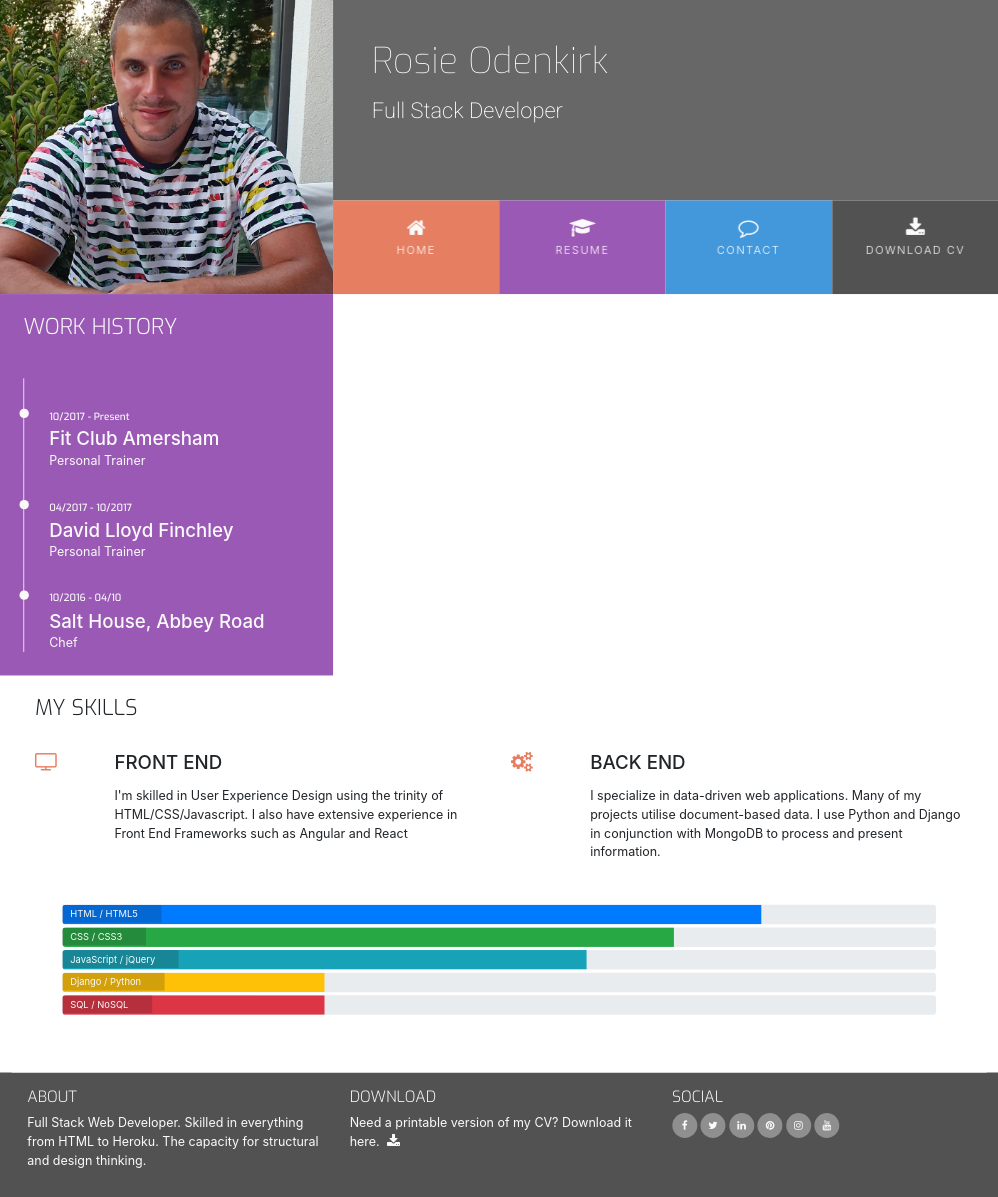
Repository: marcomoreschi/Mini-Project
Page: resume.html
The author's editor kept a record of every edit. The page is drawn from the files as they stood at one moment, then again after the next edit.
The browser window is 1280 px wide. The pictures show the whole page, at 78% of full size.
Some web libraries are served in a nearby version.

Above is the page before.

### resume.html
<!DOCTYPE html>
<html lang="en">

<head>
    <meta charset="UTF-8">
    <meta name="viewport" content="width=device-width, initial-scale=1.0">
    <meta http-equiv="X-UA-Compatible" content="ie=edge">
    <link rel="stylesheet" href="https://maxcdn.bootstrapcdn.com/bootstrap/4.2.1/css/bootstrap.min.css" type="text/css" />
    <link rel="stylesheet" href="https://maxcdn.bootstrapcdn.com/font-awesome/4.7.0/css/font-awesome.min.css" type="text/css" />
    <link rel="stylesheet" href="https://cdnjs.cloudflare.com/ajax/libs/hover.css/2.1.1/css/hover-min.css" type="text/css" />
    <link rel="stylesheet" href="assets/css/style.css">
    <title>Marco</title>
</head>

<body>
    <header>
        <div class="row no-gutters">
            <a class="col-md-4 logo" href="02-index.html"></a>
            <div class="col-md-8">
                <div class="row no-gutters bg-color-name-title">
                    <div class="col heading">
                        <h1 class="name">Rosie Odenkirk</h1>
                        <h2 class="title"> Full Stack Developer</h2>
                    </div>
                </div>
                <div class="row no-gutters">
                    <div class="col">
                        <ul id="nav" class="list-inline menucontainer">
                            <li class="col-6 col-sm-3 list-inline-item ui-menu-color-home menuitem">
                                <a href="#" class="hvr-sweep-to-bottom"><i class="fa fa-home" aria-hidden="true"></i><span>Home</span></a>
                            </li>
                            <li class="col-6 col-sm-3 list-inline-item ui-menu-color-resume menuitem">
                                <a href="#" class="hvr-sweep-to-bottom"><i class="fa fa-graduation-cap" aria-hidden="true"></i><span>Resume</span></a>
                            </li>
                            <li class="col-6 col-sm-3 list-inline-item ui-menu-color-contact menuitem">
                                <a href="#" class="hvr-sweep-to-bottom"><i class="fa fa-comment-o" aria-hidden="true"></i><span>Contact</span></a>
                            </li>
                            <li class="col-6 col-sm-3 list-inline-item ui-menu-color-download menuitem">
                                <a href="#" class="hvr-sweep-to-bottom"><i class="fa fa-download" aria-hidden="true"></i><span>Download CV</span></a>
                            </li>
                        </ul>
                    </div>
                </div>
            </div>
        </div>
    </header>
    <section class="container-fluid">
        <div class="row">
                <div class="col-md-4 bg-color-work-history section-column">
                    <div class="row">
                        <div class="col-12">
                            <h3 class="history-heading uppercase">
                                Work History
                            </h3>
                        </div>
                    </div>
                    <div class="timeline-item" data-dates="10/2017 - Present">
                        <h4>Fit Club Amersham</h4>
                        <p>Personal Trainer</p>
                    </div>
                    <div class="timeline-item" data-dates="04/2017 - 10/2017">
                        <h4>David Lloyd Finchley</h4>
                        <p>Personal Trainer</p>
                    </div>
                    <div class="timeline-item" data-dates="10/2016 - 04/10">
                        <h4>Salt House, Abbey Road</h4>
                        <p>Chef</p>
                    </div>
                </div>
            </div>
            <div class="col-md-8 bg-color-three-reasons section-column">
                <div class="row">
                    <div class="col">
                        <h3 class="section-heading uppercase">My Skills</h3>
                    </div>
                </div>
                <div class="row">
                    <div class="col-10 offset-1 offset-sm-0 col-sm-4 col-md-6">
                        <div class="row">
                            <div class="col-2">
                                <i class="three-reasons-icon fa fa-tv" aria-hidden="true"></i>
                            </div>
                            <div class="col-10">
                                <h4 class="three-reasons-heading uppercase">Front End</h4>
                                <p>
                                    I'm skilled in User Experience Design using the trinity of HTML/CSS/Javascript. I also have extensive experience in Front End Frameworks such as Angular and React
                                </p>
                            </div>
                        </div>
                    </div>
                    <div class="col-10 offset-1 offset-sm-0 col-sm-4 col-md-6">
                        <div class="row">
                            <div class="col-2">
                                <i class="three-reasons-icon fa fa-gears" aria-hidden="true"></i>
                            </div>
                            <div class="col-10">
                                <h4 class="three-reasons-heading uppercase">Back End</h4>
                                <p>
                                    I specialize in data-driven web applications. Many of my projects utilise document-based data. I use Python and Django in conjunction with MongoDB to process and present information.
                                </p>
                            </div>
                        </div>
                    </div>
                </div>
                <div class="row progress-section">
                    <div class="col">
                        <div class="progress">
                            <div class="progress-bar" role="progressbar" aria-valuenow="80" aria-valuemin="0" aria-valuemax="100" style="width:80%;">
                                <span class="sr-only">80% complete</span>
                            </div>
                            <span class="progress-type">HTML / HTML5</span>
                        </div>
                        <div class="progress">
                            <div class="progress-bar bg-success" role="progressbar" aria-valuenow="70" aria-valuemin="0" aria-valuemax="100" style="width:70%;">
                                <span class="sr-only">70% complete</span>
                            </div>
                            <span class="progress-type">CSS / CSS3</span>
                        </div>
                        <div class="progress">
                            <div class="progress-bar bg-info" role="progressbar" aria-valuenow="60" aria-valuemin="0" aria-valuemax="100" style="width:60%;">
                                <span class="sr-only">60% complete</span>
                            </div>
                            <span class="progress-type">JavaScript / jQuery</span>
                        </div>
                        <div class="progress">
                            <div class="progress-bar bg-warning" role="progressbar" aria-valuenow="30" aria-valuemin="0" aria-valuemax="100" style="width:30%;">
                                <span class="sr-only">30% complete</span>
                            </div>
                            <span class="progress-type">Django / Python</span>
                        </div>
                        <div class="progress">
                            <div class="progress-bar bg-danger" role="progressbar" aria-valuenow="30" aria-valuemin="0" aria-valuemax="100" style="width:30%;">
                                <span class="sr-only">30% complete</span>
                            </div>
                            <span class="progress-type">SQL / NoSQL</span>
                        </div>
                    </div>
                </div>
            </div>
        </div>

    </section>
    <footer class="container-fluid">
        <div id="footer-details" class="row">
            <div class="col-sm-4">
                <h5 class="uppercase general-sub">About</h5>
                <p class="inline-block">
                    Full Stack Web Developer. Skilled in everything from HTML to Heroku. The capacity for structural and design thinking.
                </p>
            </div>
            <div class="col-sm-4">
                <h5 class="uppercase general-sub">Download</h5>
                <p class="inline-block">
                    Need a printable version of my CV? Download it here.
                    <a href="#" target="_blank" class="cv-pdf">
                        <i class="fa fa-download" aria-hidden="true"></i>
                        <span class="sr-only">Download link.</span>
                    </a>
                </p>
            </div>
            <div class="col-sm-4">
                <h5 class="uppercase general-sub">Social</h5>
                <ul class="list-inline social-links">
                    <li class="list-inline-item">
                        <a target="_blank" href="#">
                            <i class="fa fa-facebook" aria-hidden="true"></i>
                            <span class="sr-only">Facebook</span>
                        </a>
                    </li>
                    <li class="list-inline-item">
                        <a target="_blank" href="#">
                            <i class="fa fa-twitter" aria-hidden="true"></i>
                            <span class="sr-only">Twitter</span>
                        </a>
                    </li>
                    <li class="list-inline-item">
                        <a target="_blank" href="#">
                            <i class="fa fa-linkedin" aria-hidden="true"></i>
                            <span class="sr-only">LinkedIn</span>
                        </a>
                    </li>
                    <li class="list-inline-item">
                        <a target="_blank" href="#">
                            <i class="fa fa-pinterest" aria-hidden="true"></i>
                            <span class="sr-only">Pinterest</span>
                        </a>
                    </li>
                    <li class="list-inline-item">
                        <a target="_blank" href="#">
                            <i class="fa fa-instagram" aria-hidden="true"></i>
                            <span class="sr-only">Instagram</span>
                        </a>
                    </li>
                    <li class="list-inline-item">
                        <a target="_blank" href="#">
                            <i class="fa fa-youtube" aria-hidden="true"></i>
                            <span class="sr-only">YouTube</span>
                        </a>
                    </li>
                </ul>
            </div>
        </div>
    </footer>
</body>

</html>

### assets/css/style.css
@import url('https://fonts.googleapis.com/css?family=Roboto:100,200,300,400,500,600,700|Exo:100,200,300,400,500,600,700');

/* -----------------------------------------Colour */

.bg-color-name-title {
    background-color: #676767;
}

.bg-color-three-reasons {
    background-color: #fff;
}

.bg-color-personal-info {
    background-color: #f4f4f4;
}

.bg-color-work-history{
    background-color: #9b59b6;
}

.ui-menu-color-home {
    background-color: #e67e62;
}

.ui-menu-color-resume {
    background-color: #9b59b6;
}

.ui-menu-color-contact {
    background-color: #4398db;
}

.ui-menu-color-download {
    background-color: #525252;
}



/* -----------------------------------------Special paddings/text/margins */

h1,
h2,
h3,
h4 {
    margin: 0;
}

.uppercase {
    text-transform: uppercase;
}

.general-sub {
    font-family: "Exo", sans-serif;
    font-weight: 300;
    color: #fafafa
}

.inline-block {
    display: inline-block;
}

.row-table {
    display: table;
}

.section-column {
    display: table-cell;
    padding: 0 30px 30px;
    float: none;
}

.history-heading,
.section-heading {
    font-family: "Exo", sans-serif;
    font-weight: 300;
    margin-top: 25px;
    margin-bottom: 40px;
}

/* -----------------------------------------Heading */

header {
    margin: 0;
}

.heading {
    margin-left: 50px;
}

.logo {
    background: url("../images/marco.jpg");
    background-position: center;
    background-repeat: no-repeat;
    background-size: cover;
    min-height: 360px;
    transition: all .5s ease-in-out;
    -moz-transition: all .5s ease-in-out;
    -webkit-transition: all .5s ease-in-out;
}

.name {
    font-family: "Exo", sans-serif;
    font-weight: 100;
    font-size: 46px;
    margin-top: 50px;
    color: #fff;
}

.title {
    font-family: "Roboto", sans-serif;
    font-weight: 200;
    font-size: 28px;
    margin-top: 20px;
    margin-bottom: 98px;
    color: #fff;
}

.list-inline-item:not(:last-child) {
    margin: 0;
}

.menucontainer {
    font-size: 0;
}

#nav {
    margin: 0;
}

#nav li {
    font-size: 14px;
    padding: 0;
}

.menuitem {
    height: 120px;
    text-align: center;
    padding: 0;
}

.menuitem a {
    width: 100%;
    text-decoration: none;
    color: #fff;
    height: 120px;
}

.menuitem a i {
    padding-top: 22px;
    display: block;
    color: #fafafa;
    font-size: 26px;
}

.menuitem span {
    display: block;
    width: 100%;
    padding-top: 5px;
    text-align: center;
    text-transform: uppercase;
    font-size: 14px;
    font-weight: 300;
    letter-spacing: 2px;
}

/* -----------------------------------------Hover.css */

.hvr-sweep-to-bottom:before {
    background-color: rgba(0, 0, 0, 0.2);
    height: 120px;
}

/* -----------------------------------------Footer */

footer {
    background-color: #525252;
    color: #fafafa;
    min-height: 120px;
    margin: 0;
}

.cv-pdf i {
    font-size: 18px;
    color: #fafafa;
    text-align: center;
    padding-left: 5px;
    -moz-transition: all 0.35s ease-in-out;
    -webkit-transition: all 0.35s ease-in-out;
    -o-transition: all 0.35s ease-in-out;
}

.cv-pdf i:hover {
    color: #e84610;
}

.cv-pdf i:hover {
    color: #e84610;
}

.social-links {
    padding-bottom: 15px;
}

.social-links li a i {
    width: 32px;
    height: 32px;
    padding: 12px 0;
    border-radius: 50%;
    font-size: 13px;
    line-height: 7px;
    text-align: center;
    color: #fafafa;
    background: #8f8f8f;
    transition: all 0.35s ease-in-out;
    -moz-transition: all 0.35s ease-in-out;
    -webkit-transition: all 0.35s ease-in-out;
    -o-transition: all 0.35s ease-in-out;
}

.social-links li a i:hover {
    background: #e84610;
}

#footer-details {
    padding: 20px;
}

/* -----------------------------------------Three Reasons */

.three-reasons-icon {
    font-size: 26px;
    color: #e67e62;
}

.three-reasons-heading {
    margin-bottom: 15px;
}

/* -----------------------------------------Personal Info */

.personal-info-item {
    margin-bottom: 20px;
    display: block;
    clear: both;
}

.personal-info-item .key,
.personal-info-item .value {
   padding-right: 8px;
   display: inline-block;
}

.personal-info-item .key p,
.personal-info-item .value p {
    margin: 0;
}

.personal-info-item .key {
    width: 30%;
    margin-right: 21px;
    padding-top: 2px;
    vertical-align: top;
}

.personal-info-item .key p {
    font-weight: 700;
}

.personal-info-item .value {
    position: relative;
    width: 60%;
}

/* -----------------------------------------Skills */

.progress {
    position: relative;
    height: 25px;
    margin-bottom: 4px;
}

.progress-type {
    position: absolute;
    left: 0;
    font-weight: 400;
    padding: 3px 30px 2px 10px;
    color: #fafafa;
    background-color: rgba(25, 25, 25, 0.2);
}

.progress-section {
    margin: 40px 20px;
}

/* -----------------------------------------Work Hystory */

.history-heading {
    color: #fafafa;
    margin-bottom: 50px;
}

.timeline-item {
    padding: 4em 2em 0em 2em;
    position: relative;
    color: #fafafa;
    border-left: 1px solid;
}

.timeline-item p {
    padding: 0;
    margin: 0;
}

.timeline-item:before {
    content: attr(data-dates);
    position: absolute;
    left: 2.5em;
    top: 3em;
    display: block;
    font-family: "Exo", sans-serif;
    font-weight: 500;
    font-size: 0.8em;
    padding: 0;
    margin: 0;
}

.timeline-item:after {
    width: 12px;
    height: 12px;
    display: block;
    top: 2.4em;
    position: absolute;
    left: -6px;
    border-radius: 12px;
    content: '';
    background: #fafafa;
}

.history-items {
    margin-bottom: 30px;
}

After the next edit:
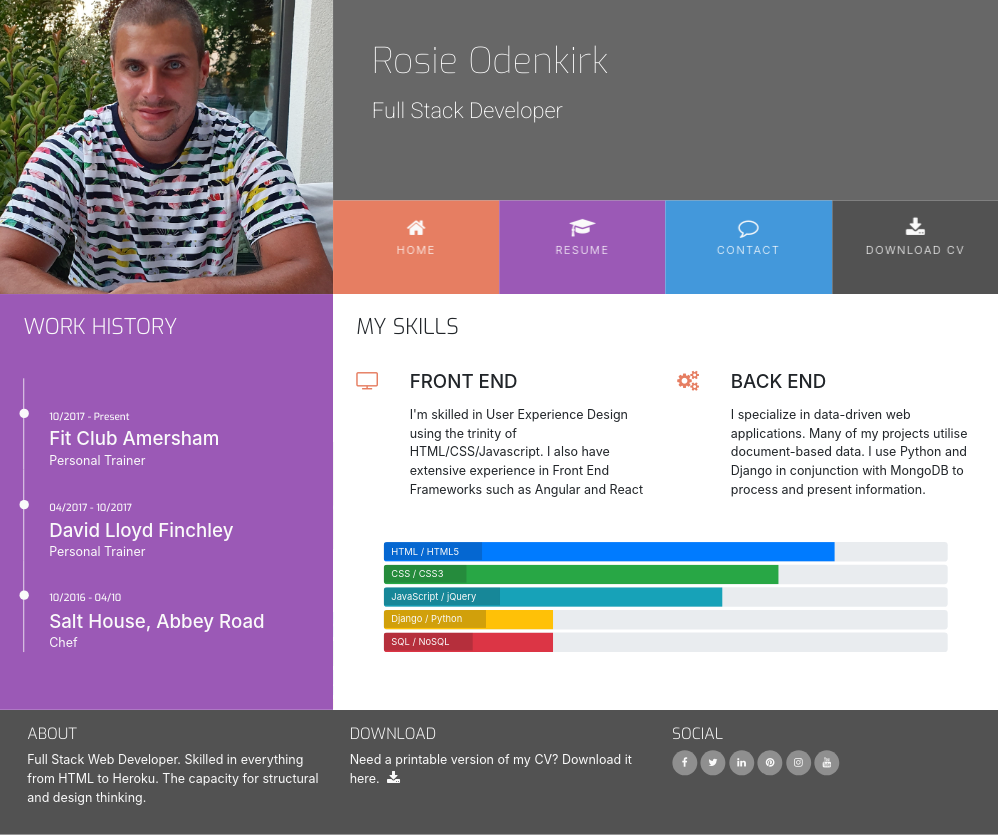
The edit:
--- a/resume.html
+++ b/resume.html
@@ -46,14 +46,15 @@
     </header>
     <section class="container-fluid">
         <div class="row">
-                <div class="col-md-4 bg-color-work-history section-column">
-                    <div class="row">
-                        <div class="col-12">
-                            <h3 class="history-heading uppercase">
-                                Work History
-                            </h3>
-                        </div>
-                    </div>
+            <div class="col-md-4 bg-color-work-history section-column">
+                <div class="row">
+                    <div class="col-12">
+                        <h3 class="history-heading uppercase">
+                            Work History
+                        </h3>
+                    </div>
+                </div>
+                <div class="history-items">
                     <div class="timeline-item" data-dates="10/2017 - Present">
                         <h4>Fit Club Amersham</h4>
                         <p>Personal Trainer</p>
